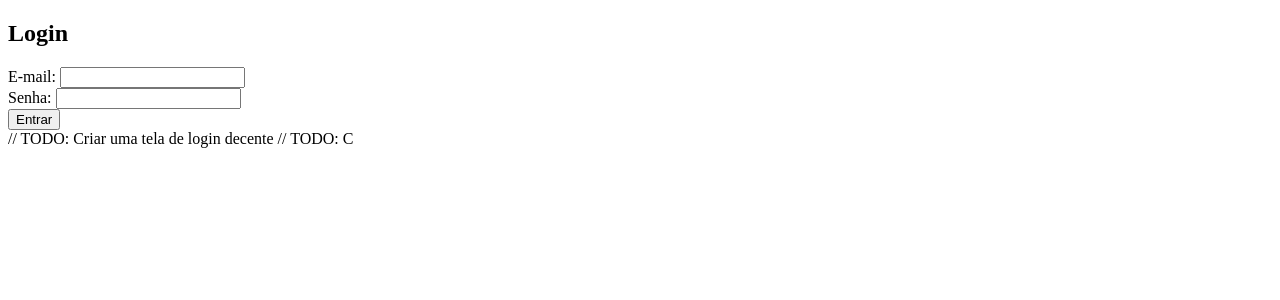
Repository: zz4fff/CRUD-MVC-PHP
Page: http://localhost/view/login.php
An editor plug-in stored every save of this project. The page is shown before and after the next save, followed by the edit.
The browser window is 1280 px wide. The pictures show the whole page.
The page is run by PHP 8.4 with error messages shown; the project is at /var/www/html/.

Above is the page before, as saved 2025-02-08 20:08:55.

After the next save:
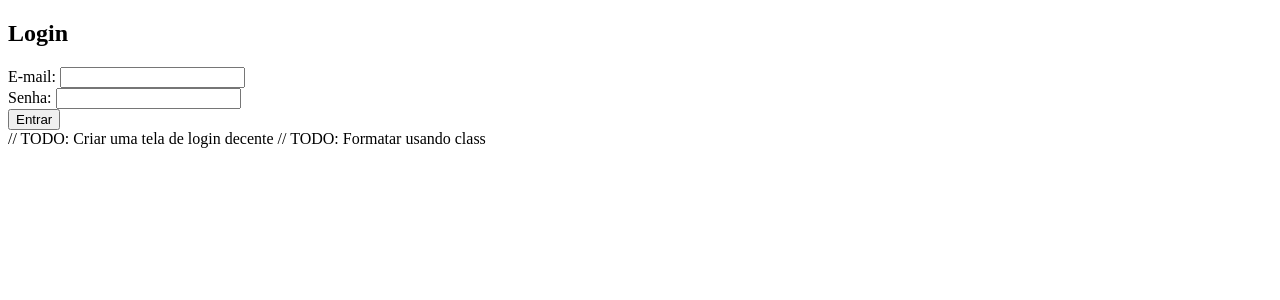
Saved 33 s later.
--- a/view/login.php
+++ b/view/login.php
@@ -17,4 +17,4 @@
 </html>
 
 // TODO: Criar uma tela de login decente
-// TODO: C
+// TODO: Formatar usando class
